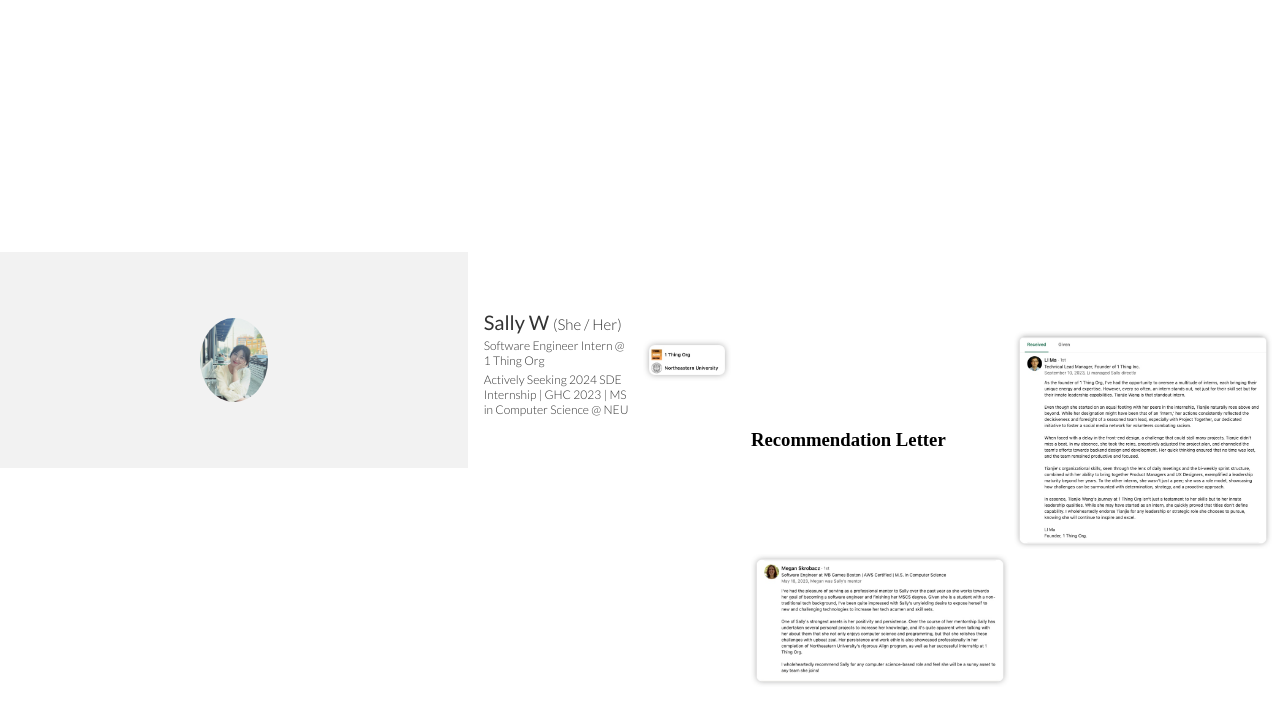
Repository: tianjiewang2022/digital-namecard
Page: recommendation_page.html
These files come from the project's save history. The page is drawn as it stood at one moment and after the next save; the edit follows.
The browser window is 1280 px wide. The pictures show the whole page.
Some web fonts or font styles are not loaded; a fallback is used.

Above is the page before, as saved 2023-10-16 01:27:55.

After the next save:
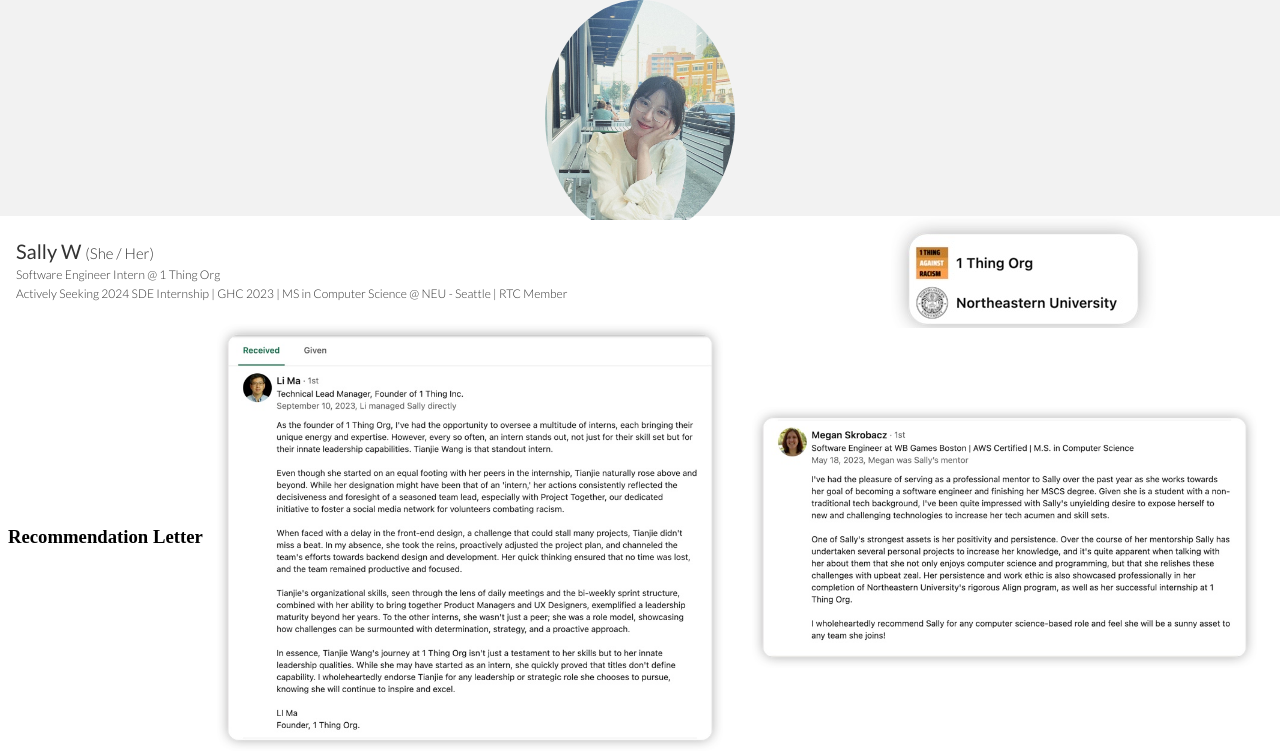
Saved 4 min 26 s later.
--- a/main.css
+++ b/main.css
@@ -3,11 +3,7 @@
 	height: 100%;
 	width: 100%;
 	margin: 0;
-	display: flex;
-	/* Change justify-content to display */
 	justify-content: center;
-	align-items: center;
-	/* Center content vertically */
 }
 
 section {
@@ -27,8 +23,6 @@
 
 img {
 	display: block;
-	/* margin: 0 auto; */
-	/* Center images horizontally */
 	margin-left: auto;
 	margin-right: auto;
 	max-height: 100%;
@@ -247,22 +241,28 @@
 	background-color: #f2f2f2;
 }
 
+.grid-container {
+	display: grid;
+	grid-template-columns: repeat(2, 1fr);
+	/* Two columns with equal width */
+	gap: 5px;
+	/* Add some spacing between grid items */
+	align-items: center;
+}
+
 /* Add this CSS to your main.css or in a <style> element in the HTML */
 .image-container {
-	display: grid;
-	grid-template-columns: repeat(2, 1fr);
+	display: flex;
 	/* Use flexbox to arrange the images horizontally */
-	gap: 5px;
+	justify-content: space-between;
 	/* Create space between the images */
 	align-items: center;
 	/* Vertically center the images within the container */
 }
 
-/* Add these selectors to target img1 and img2 */
-.image-container img:nth-child(1) {
-	grid-column: 1 / span 1;
-}
-
-.image-container img:nth-child(2) {
-	grid-column: 2 / span 1;
-}
+.image-container img {
+	max-width: 40%;
+	/* Ensure images don't exceed their container's width */
+	height: auto;
+	/* Maintain the aspect ratio of the images */
+}
